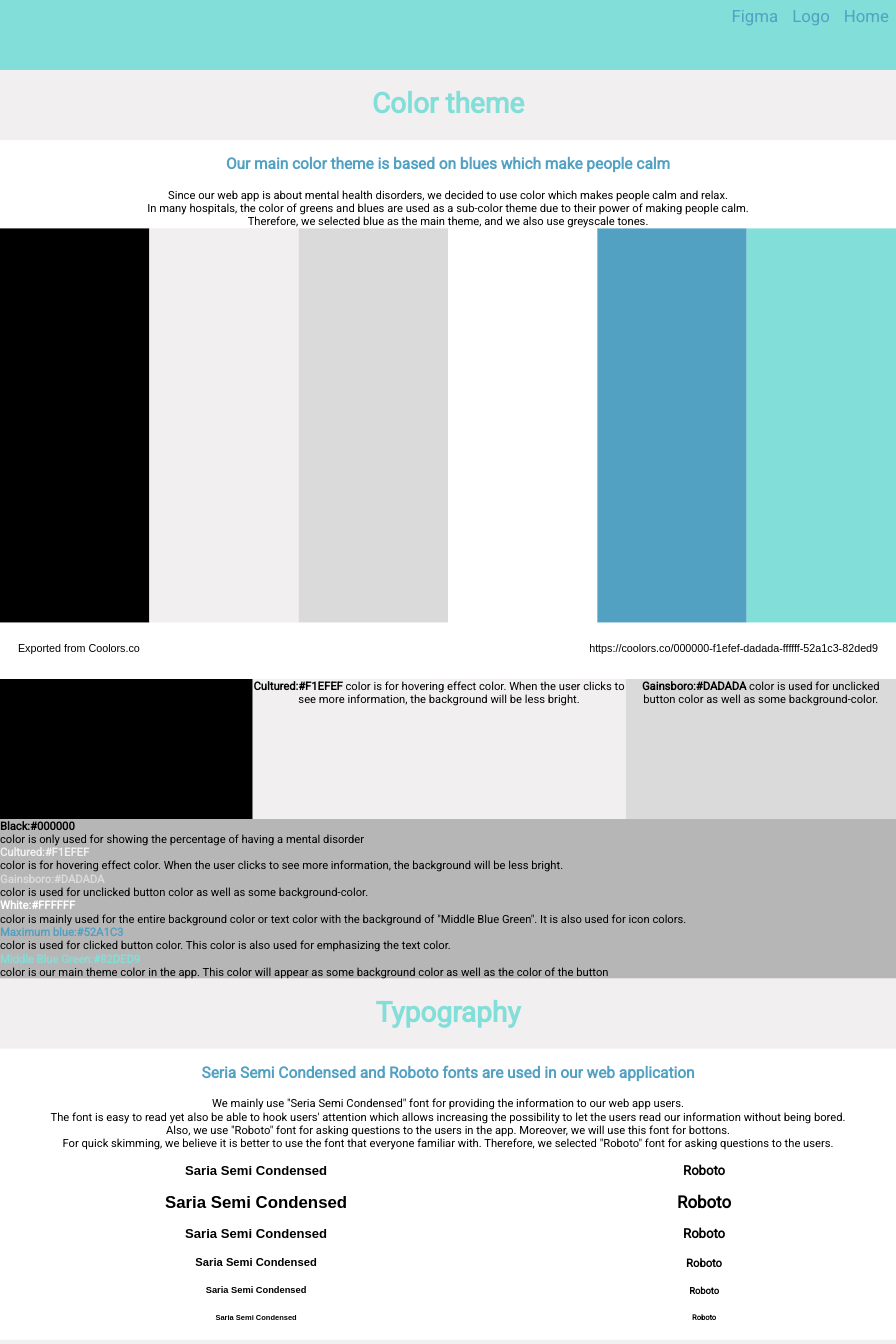
Repository: zzs1/style-guide
Page: style guide/Chisaki_styleGuide_part2/index.html
An editor plug-in stored every save of this project. The page is shown before and after a run of saves, followed by the edit.
The browser window is 1280 px wide. The pictures show the part of the page from y = 0 to 1920 px (the page is 2842 px tall), at 70% of full size.
Some web fonts or font styles are not loaded; a fallback is used.

Above is the page before, as saved 2021-03-23 21:15:11.

### style guide/Chisaki_styleGuide_part2/index.html
<!DOCTYPE html>
<html lang="en">
<head>
  <meta charset="UTF-8">
  <meta name="viewport" content="width=device-width, initial-scale=1.0">
  <title>Style guide - Colour Palette & Typography, Imagery, Graphics -</title>
  <link href ="style.css" rel="stylesheet" />
  <link href="https://fonts.googleapis.com/css2?family=Saira+Semi+Condensed:wght@500&display=swap" rel="stylesheet">
  <link href="https://fonts.googleapis.com/css2?family=Roboto&display=swap" rel="stylesheet">
</head>
<body>
  <header>
    <div class=header>
      <nav>
        <ul>
          <li><a href="../index.html">Home</a></li>
          <li><a href="../Joyce_styleGuide_part1 /mainpage.html">Logo</a></li>
          <li><a href="../style_guide_Shin_part03/index.html">Figma</a></li>
        </ul>
      </nav>
    </div>
  </header>
  <div id="main">
    <article>
      <!--Color theme section starts-->
      <section>
        <div class="title"><h1>Color theme</h1></div>
        <h3 class="subtitle">Our main color theme is based on blues which make people calm</h3>
        <p>
          Since our web app is about mental health disorders, we decided to use color which makes people calm and relax.<br>
          In many hospitals, the color of greens and blues are used as a sub-color theme due to their power of making people calm.<br>
          Therefore, we selected blue as the main theme, and we also use greyscale tones.
        </p>
        <div id="colorbox">
          <img src="palette.svg" alt="color pallette">
          <div class="colorpallet">
            <!--black-->
            <div class="black pallet" style="background-color: #000000;">
              <strong>Black:#000000</strong> color is only used for showing the percentage of having a mental disorder.
            </div>
            <!--cultured-->
            <div class="cultured pallet" style="background-color: #F1EFEF;">
              <strong>Cultured:#F1EFEF</strong> color is for hovering effect color. When the user clicks to see more information, the background will be less bright.<br>
            </div>
            <!--gainsboro-->
            <div class="gainsboro pallet" style="background-color: #DADADA;">
              <strong>Gainsboro:#DADADA</strong> color is used for unclicked button color as well as some background-color.
            </div>
            <!--White-->
            <div class="white pallet" style="background-color: #FFFFFF;">

            </div>
            <div class="blue pallet" style="background-color: #52A1C3;"></div>
            <div class="blue_green pallet" style="background-color: #82DED9;"></div>
          </div>
          <p style="background-color: rgb(183, 182, 182); text-align: left; display: flex; flex-direction: column;">
            <strong style="color:#000000;">Black:#000000</strong> color is only used for showing the percentage of having a mental disorder<br>
            <strong style="color:#F1EFEF;">Cultured:#F1EFEF</strong> color is for hovering effect color. When the user clicks to see more information, the background will be less bright.<br>
            <strong style="color:#DADADA;">Gainsboro:#DADADA</strong> color is used for unclicked button color as well as some background-color.<br>
            <strong style="color:#FFFFFF;">White:#FFFFFF</strong> color is mainly used for the entire background color or text color with the background of "Middle Blue Green". It is also used for icon colors.<br>
            <strong style="color:#52A1C3;">Maximum blue:#52A1C3</strong> color is used for clicked button color. This color is also used for emphasizing the text color.<br>
            <strong style="color:#82DED9;">Middle Blue Green:#82DED9</strong> color is our main theme color in the app. This color will appear as some background color as well as the color of the button<br>
          </p>
        </div>
      </section>

      <!--typography section starts-->
      <section id="typo">
        <div class="title"><h1>Typography</h1></div>
        <h3 class="subtitle">
          Seria Semi Condensed and Roboto fonts are used in our web application
        </h3>
        <p>
          We mainly use "Seria Semi Condensed" font for providing the information to our web app users.<br>
          The font is easy to read yet also be able to hook users' attention which allows increasing the possibility to let the users read our information without being bored. <br>
          Also, we use "Roboto" font for asking questions to the users in the app. Moreover, we will use this font for bottons.<br>
          For quick skimming, we believe it is better to use the font that everyone familiar with. Therefore, we selected "Roboto" font for asking questions to the users.
        </p>
        <div class="typobox">
          <div id="saria">
            <h1>Saria Semi Condensed</h1>
            <h2>Saria Semi Condensed</h2>
            <h3>Saria Semi Condensed</h3>
            <h4>Saria Semi Condensed</h4>
            <h5>Saria Semi Condensed</h5>
            <h6>Saria Semi Condensed</h6>
          </div>

          <div id="roboto">
            <h1>Roboto</h1>
            <h2>Roboto</h2>
            <h3>Roboto</h3>
            <h4>Roboto</h4>
            <h5>Roboto</h5>
            <h6>Roboto</h6>
          </div>

        </div>
      </section>

      <!--icon section starts-->
      <section>
        <div class="title"><h1>Icons and Graphics</h1></div>
        <h3 class="subtitle">
          "Make the app simple and clean"
        </h3>
        <p>
          We use fewer imageries and icons to let users focus on our app content more. We got inspiration from several other applications, such as ArriveCAN and Quizlet.
        </p>
        <div id="iconbox">
          <h4 class="subtitle">Icons</h4>
          <div class="imgcontainer">
          <img src="back.svg" alt="back home arrow" width="50px" height="50px" />
          <img src="home_white.png" alt="home icon" width="50px" height="50px" />
          <img src="settings.svg" alt="settings" width="50px" height="50px" />
        </div>
        </div>
        <div id="graphicbox">
          <h4 style="font-size:22px; color:#FFFFFF; margin:0;">Graphics</h4>
          <div class="imgcontainer">
            <img src="about.jpg" alt="about page graphics" width="200px" height="150px">
            <img src="reference.svg" alt="reference page graphics" width="200px" height="150px">
            <img src="test.jpg" alt="test page graphics" width="200px" height="150px">
            <img src="result.svg" alt="result page graphics" width="200px" height="150px">
            <img src="suggestion.jpg" alt="suggestion page graphics" width="200px" height="150px">
            <img src="help.svg" alt="helpline page graphics" width="200px" height="150px">
            <img src="humanbody.png" alt="humanbody page graphics" width="200px" height="300px">
            <img src="suggestion_img.png" alt="suggestion page graphics" width="200px" height="300px">
          </div>
        </div>
      </section>
  </article>
  </div>
</body>
</html>

### style guide/Chisaki_styleGuide_part2/style.css
body, html{
  margin:0;
  text-align:center;
  font-family: 'Roboto', sans-serif;
}
.header{
  margin:0;
  height:100px;
  background-color:#82DED9;
}
ul{
  margin:0;
  list-style: none;
}
li{
  color:#FFFFFF;
  float:right;
  margin:10px;
  font-size:24px;

}
a{
  text-decoration: none;
  color:#52A1C3;
}
a:hover{
  color:#FFFFFF;
}
p{
  margin:0;
}
.title{
  display: flex;
  flex-direction: column;
  height:100px;
  background-color: #F1EFEF;
  margin:0;
}

.title > h1{
  margin:25px;
  font-size:40px;
  color:#82DED9;

}
/* color pallet css starts from here*/
.colorpallet{
  display:flex;
  width:100%;
  height:200px;
}

.pallet{
flex-direction: row;
flex-grow: 1;
}

.balck{

}
.subtitle {
  font-size:22px;
  color:#52A1C3;
}

.typobox{
  display:flex;

}
#saria {
  font-family: 'Saira Semi Condensed', sans-serif;
  flex-grow: 1;

}
#roboto {
  font-family: 'Roboto', sans-serif;
  flex-grow: 1;
}
#iconbox {
  background-color: #82DED9;
}

#imgcontainer {
  display:flex;
  justify-content: center;
}
.imgcontainer > img {
  margin:20px;
}
#graphicbox {
  background-color:#52A1C3;
}

After the next 2 saves:
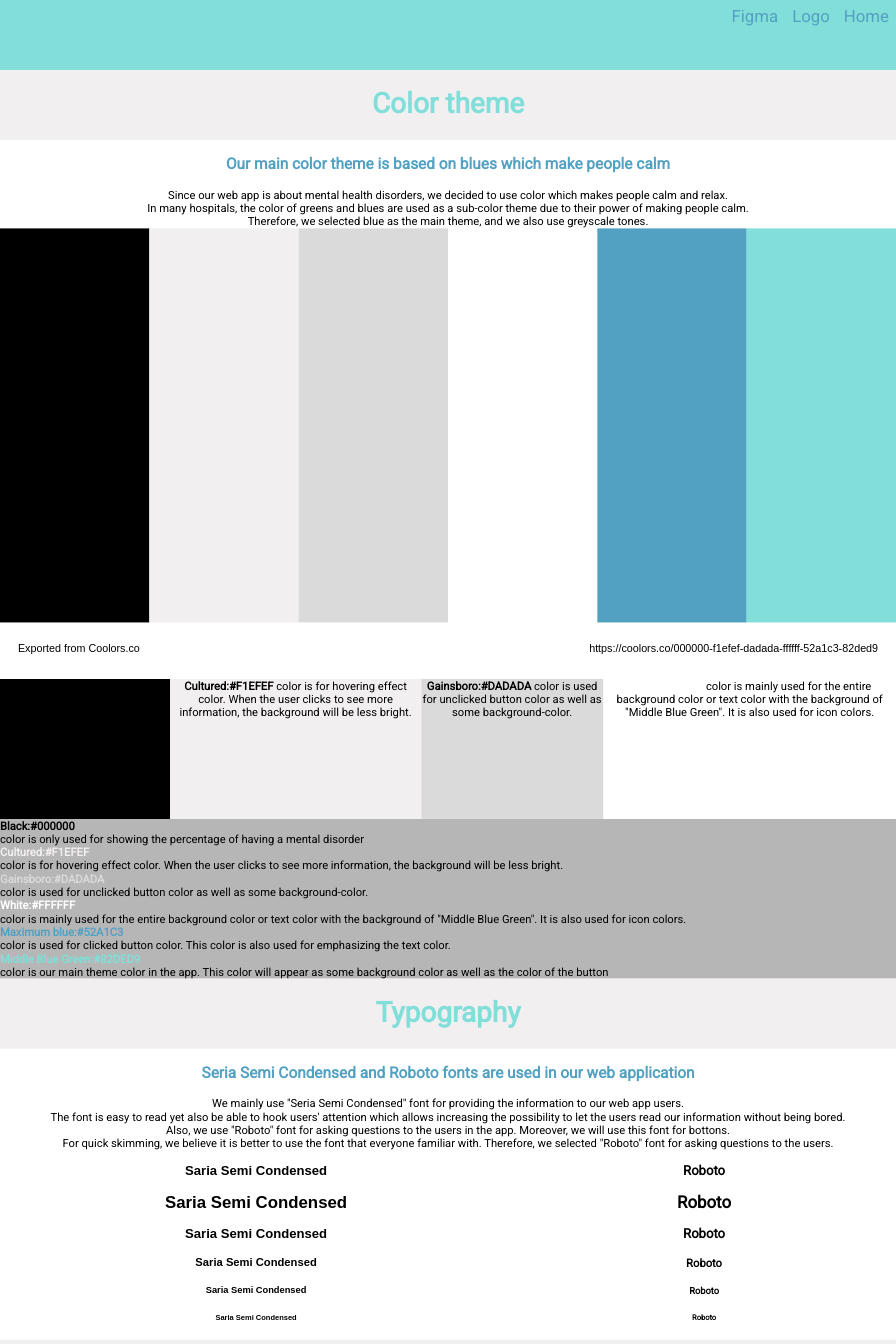
The 2 saves are shown as one change because they came seconds apart.
The last was saved 12 s later.
--- a/style guide/Chisaki_styleGuide_part2/index.html
+++ b/style guide/Chisaki_styleGuide_part2/index.html
@@ -48,7 +48,7 @@
             </div>
             <!--White-->
             <div class="white pallet" style="background-color: #FFFFFF;">
-
+              <strong style="color:#FFFFFF;">White:#FFFFFF</strong> color is mainly used for the entire background color or text color with the background of "Middle Blue Green". It is also used for icon colors.
             </div>
             <div class="blue pallet" style="background-color: #52A1C3;"></div>
             <div class="blue_green pallet" style="background-color: #82DED9;"></div>
